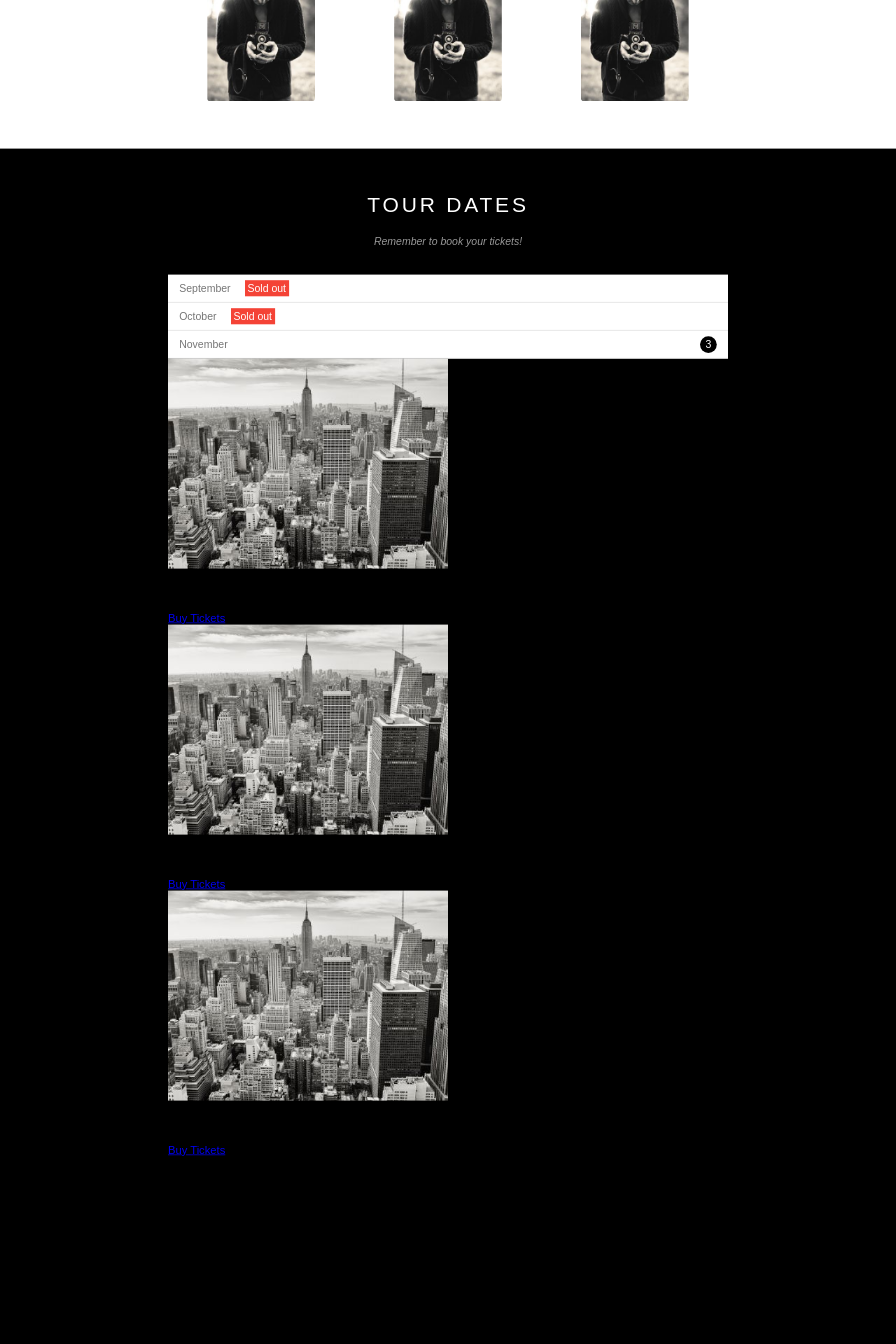
Repository: Thanhtrunghoang123/the-band
Page: index.html
An editor plug-in stored every save of this project. The page is shown before and after the next save, followed by the edit.
The browser window is 1280 px wide. The pictures show the part of the page from y = 1066 to 2986 px (the page is 2986 px tall before and 2606 px after), at 70% of full size.

Above is the page before, as saved 2022-07-21 07:43:04.

### index.html
<!DOCTYPE html>
<html lang="en">
<head>
    <meta charset="UTF-8">
    <meta http-equiv="X-UA-Compatible" content="IE=edge">
    <meta name="viewport" content="width=device-width, initial-scale=1.0">
    <title>Document</title>
    <link rel="stylesheet" href="./assest/css/style.css">
    <link rel="stylesheet" href="./assest/fonts/themify-icons/themify-icons.css">



</head>
<body>
    <div id="main">
        <div id="header">
            <!-- Begin: Nav -->
            <ul id="nav">
                <li><a href="">Home</a></li>
                <li><a href="">Band</a></li>
                <li><a href="">Tour</a></li>
                <li><a href="">Contact</a></li>
                <li>
                    <a href="">
                        More
                        <i class=" nav-arrow-down ti-angle-down"></i>

                    </a>
                    <ul class="subnav">
                        <li><a href="">Merchandise</a></li>
                        <li><a href="">Extras</a></li>
                        <li><a href="">Media</a></li>
                    </ul>
                </li>
            </ul>
            <!-- End: Nav -->

            <!-- Begin: Search button -->
            <div class="search-btn">
                <i class=" search-icon ti-search"></i>
            </div>
            <!-- End: Search button -->



        </div>

        <div id="slider">
            <div class="text-content">
                <h2 class="text-heading">Chicago</h2>
                <div class="text-description">Thank you, Chicago - A night we won't forget.</div>

            </div>
        </div>

        <div id="content">
            <!-- About section -->
            <div class="content-section">
                <h2 class="section-heading">THE BAND</h2>
                <p class="section-sub-heading">We love music</p>
                <p class="about-text">We have created a fictional band website. Lorem ipsum dolor sit amet, consectetur adipiscing elit, sed do eiusmod tempor incididunt ut labore et dolore magna aliqua. Ut enim ad minim veniam, quis nostrud exercitation ullamco laboris nisi ut aliquip ex ea commodo consequat. Duis aute irure dolor in reprehenderit in voluptate velit esse cillum dolore eu fugiat nulla pariatur. Excepteur sint occaecat cupidatat non proident, sunt in culpa qui officia deserunt mollit anim id est laborum consectetur adipiscing elit, sed do eiusmod tempor incididunt ut labore et dolore magna aliqua. Ut enim ad minim veniam, quis nostrud exercitation ullamco laboris nisi ut aliquip ex ea commodo consequat.</p>
                <div class="members-list">
                    <div class="member-item">
                        <p class="member-name">Name</p>
                        <img src="./assest/img/band/member1.jpg" alt="Name" class="member-img">
                    </div>
                    <div class="member-item">
                        <p class="member-name">Name</p>
                        <img src="./assest/img/band/member1.jpg" alt="Name" class="member-img">
                    </div>
                    <div class="member-item">
                        <p class="member-name">Name</p>
                        <img src="./assest/img/band/member1.jpg" alt="Name" class="member-img">
                    </div>
                    <div class="clear"></div>
                </div>
            </div>
            <!-- Tour section -->
            <div class="tour-section">
                <div class="content-section">
                    <h2 class="section-heading text-white">TOUR DATES</h2>
                    <p class="section-sub-heading text-white">Remember to book your tickets!</p>

                    <!-- Tickets  -->
                    <ul class="tickets-list">
                        <li>September <span class="sold-out">Sold out</span></li>
                        <li>October <span class="sold-out">Sold out</span></li>
                        <li>November <span class="quantity">3</span></li>
                    </ul>

                    <!-- Places -->
                    <div class="placea-list">
                        <div class="place-item">
                            <img src="./assest/img/places/place1.jpg" alt="" class="place-img">
                            <div class="place-body">
                                <h3 class="place-heading">New York</h3>
                                <p class="-place-time">Fri 27 Nov 2022</p>
                                <p class="place-desc">Praesent tincidunt sed tellus ut rutrum sed vitae justo.</p>
                                <a href="#" class="place-buy-btn">Buy Tickets</a>
                            </div>

                            <div class="place-item">
                                <img src="./assest/img/places/place1.jpg" alt="" class="place-img">
                                <div class="place-body">
                                    <h3 class="place-heading">New York</h3>
                                    <p class="-place-time">Fri 27 Nov 2022</p>
                                    <p class="place-desc">Praesent tincidunt sed tellus ut rutrum sed vitae justo.</p>
                                    <a href="#" class="place-buy-btn">Buy Tickets</a>
                                </div>

                                <div class="place-item">
                                    <img src="./assest/img/places/place1.jpg" alt="" class="place-img">
                                    <div class="place-body">
                                        <h3 class="place-heading">New York</h3>
                                        <p class="-place-time">Fri 27 Nov 2022</p>
                                        <p class="place-desc">Praesent tincidunt sed tellus ut rutrum sed vitae justo.</p>
                                        <a href="#" class="place-buy-btn">Buy Tickets</a>
                                    </div>
                    </div>
                </div>
            </div>
            <!-- Contact section -->
            <div class="content-section">
                <h2 class="section-heading">CONTACT</h2>
                <p class="section-sub-heading">Fan? Drop a note!</p>
            </div>
            <!-- Contact section -->

        </div>

        <div id="footer">

        </div>
    </div>
</body>
</html>

### assest/css/style.css
*{
    margin: 0;
    padding: 0;
    box-sizing: border-box;
}

html{
    font-family: Arial, Helvetica, sans-serif;
}
.text-white{
    color: #fff !important;
}
.clear{
    clear: both;
}
#main{

}

#header{
    height: 46.5px;
    background-color: #000;
    position: fixed;
    top: 0;
    left: 0;
    right: 0;
    z-index: 1;
}
#nav {
    display: inline-block;
}
#nav , .subnav{
    list-style: none;
}
#nav > li{
    display: inline-block;
}

#nav li{
    position: relative;
}

#nav > li > a {
    color: #fff;
    text-transform: uppercase;
}
#nav li a{
    text-decoration: none;
    line-height: 46.5px;
    padding: 0px 24px;
    display: block;
}

#nav li:hover .subnav{
    display: block;
}
#nav > li:hover > a,
#nav .subnav li:hover a{
    color: #000;
    background-color: #ccc;
}

#nav .subnav{
    display: none;
    position: absolute;
    top: 100%;
    background-color: #fff;
    box-shadow: 0 0 10px rgba(0 , 0 , 0 ,0.3);
}
#nav .subnav a{
    color: #000;
    min-width: 160px;
    padding:  0px 12px;
    line-height: 38.5px;
}
#nav .nav-arrow-down{
    font-size: 14px;
}
#header .search-btn{
    float:right;
    padding: 0 21px;
}
#header .search-btn:hover {
    background-color: #f44336;
    cursor: pointer;
}
#header .search-icon {
    color: #fff;
    font-size: 20px;
    line-height: 46px;
}
#slider{
    position: relative;
    margin-top: 46px;
    padding-top:50%;
    background: url(/assest/img/slider/chicago.jpg) top center /cover no-repeat;
}

#slider .text-content{
    position: absolute;
    bottom: 0;
    color: #fff;
    /* cách căn giữa 1 */
    /* left: 50%;
    transform: translateX(-50%); */
    /* Cách căn giữa 2 */
    width: 100%;
    text-align: center;
}

#slider .text-heading{
    font-weight: 500 ;
    font-size: 24px;
}

#slider .text-description{
    font-size: 15px;
    margin-top: 25px;
}

#content{

}

#content .content-section{
    width: 800px;
    margin-left: auto;
    margin-right: auto;
    padding: 64px 0;
}

#content .section-heading{
    font-size: 30px;
    font-weight: 500;
    text-align: center;
    letter-spacing:  4px;
}

#content .section-sub-heading{
    font-size: 15px;
    text-align: center;
    margin-top: 25px;
    font-style: italic;
    opacity: 0.6;

}

#content .about-text{
    font-size: 15px;
    margin-top: 25px;
    text-align: justify;
    line-height: 1.4;

}

#content .members-list{
    margin-top: 47px;
    /* display: flex; */
    overflow: hidden;
}

#content .member-item{
    float: left;
    /* /* margin: auto; */
    width: calc(100%/3);
    text-align: center;

}

#content .member-name{
    font-size: 15px;
}

#content .member-img{
    width: 154px;
    margin-top: 15px;
    border-radius: 4px;
}
/* Tour section  */
.tour-section{
    background-color: #000;
}

.tickets-list{
    background-color: #fff;
    margin-top: 40px;
}

.tickets-list li {
    color: #757575;
    font-size: 15px;
    padding: 11px 16px;
    border-bottom: 1px solid #ddd;
    list-style: none;
}

.tickets-list .sold-out{
    background-color: #f44336;
    color: #fff ;
    padding: 3px 4px;
    margin-left: 16px;
}

.tickets-list .quantity{
    float: right;
    width: 24px;
    height: 24px;
    background-color: #000;
    color: #fff;
    border-radius: 50%;
    text-align: center;
    line-height: 24px;
    margin-top: -3px;

}

#footer{

}

Loaded but not shown: assest/fonts/themify-icons/themify-icons.css (common file)

After the next save:
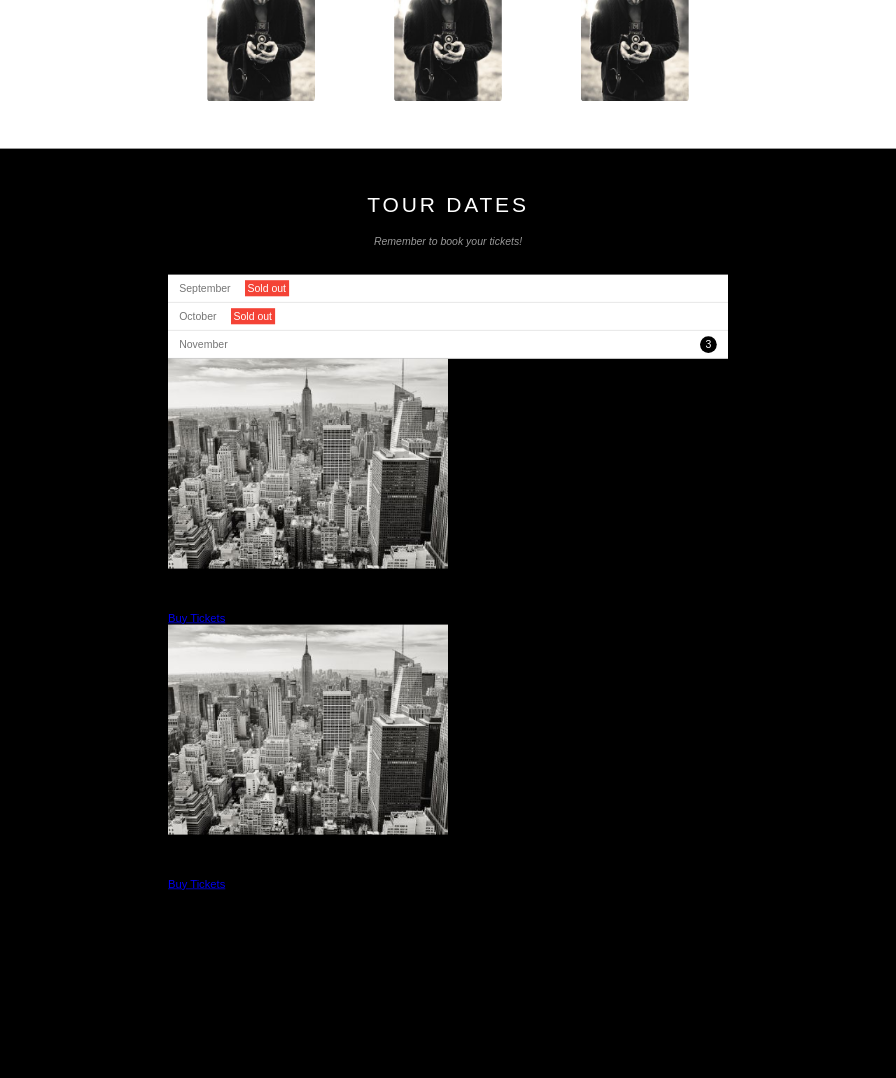
Saved 2 min 27 s later.
--- a/index.html
+++ b/index.html
@@ -108,14 +108,7 @@
                                     <a href="#" class="place-buy-btn">Buy Tickets</a>
                                 </div>
 
-                                <div class="place-item">
-                                    <img src="./assest/img/places/place1.jpg" alt="" class="place-img">
-                                    <div class="place-body">
-                                        <h3 class="place-heading">New York</h3>
-                                        <p class="-place-time">Fri 27 Nov 2022</p>
-                                        <p class="place-desc">Praesent tincidunt sed tellus ut rutrum sed vitae justo.</p>
-                                        <a href="#" class="place-buy-btn">Buy Tickets</a>
-                                    </div>
+
                     </div>
                 </div>
             </div>
